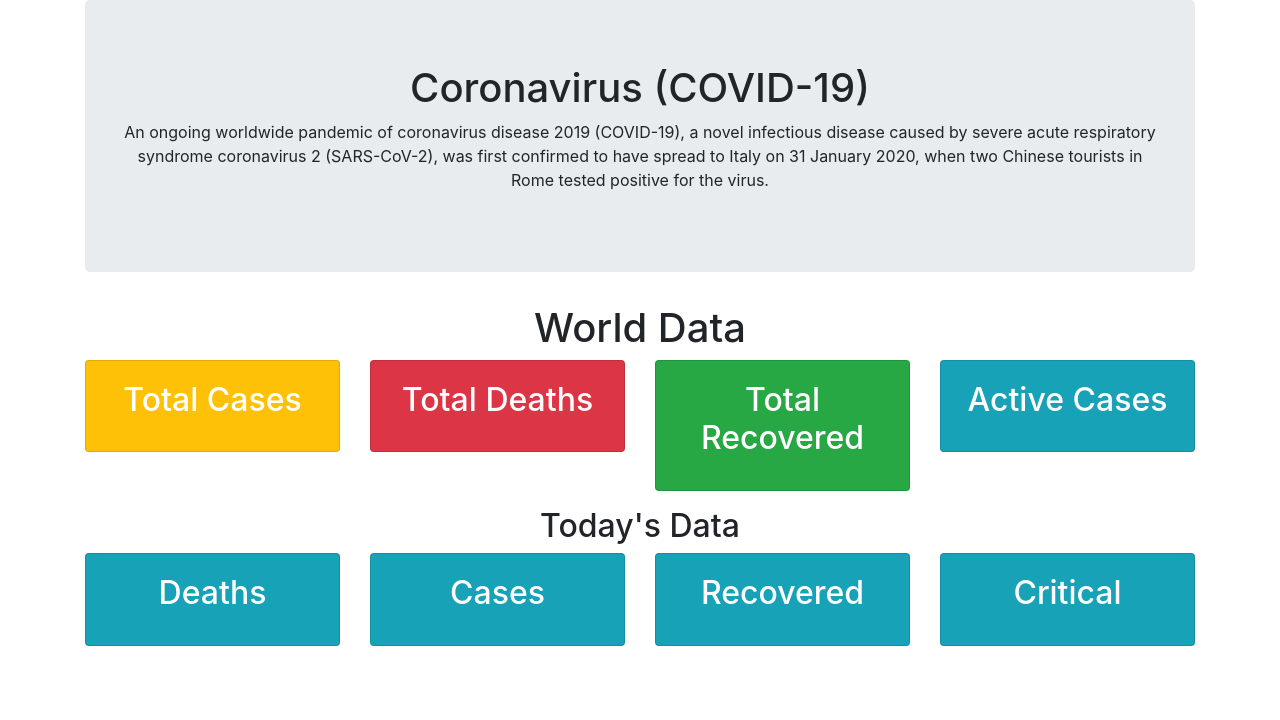
Repository: ahmadsaadkhan/react-covid-app
Page: /
The author's editor kept a copy of each file at every save. The page is drawn from the files as they stood at one save, then again after the next save.
The browser window is 1280 px wide. The pictures show the whole page.
The page's requests for data from a server got no answer. The project was rebuilt for these pictures with package versions that can differ from the ones it lists, and the page was loaded fresh each time. No one was signed in, and anything a server would have sent is missing.

Above is the page before, as saved 2021-04-19 16:05:23.

After the next save:
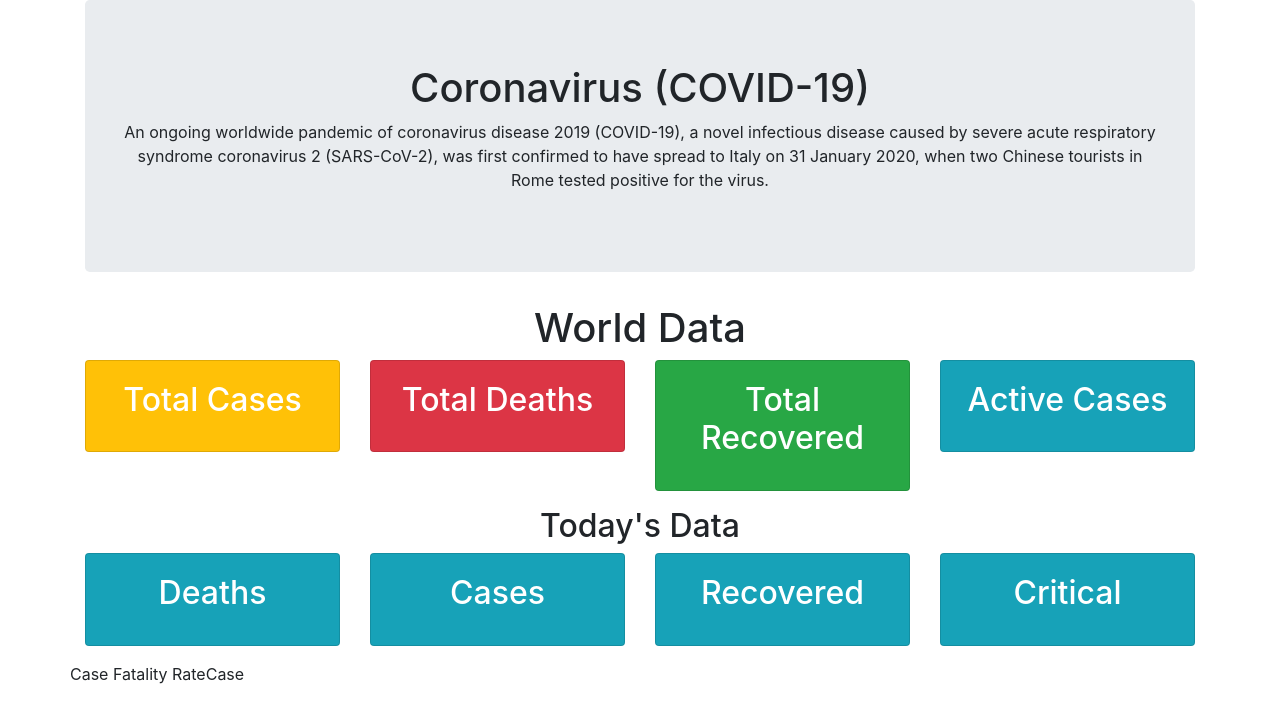
Saved 119 s later.
--- a/src/App.js
+++ b/src/App.js
@@ -116,6 +116,11 @@ function App() {
 
         </div>
 
+        <div className="row">
+          <label>Case Fatality Rate {Covid_Data && Covid_Data[0].Case_Fatality_Rate}</label>
+          <label>Case {Covid_Data && Covid_Data[0].Case_Fatality_Rate}</label>
+        </div>
+
       </div>
     </div>
   );
